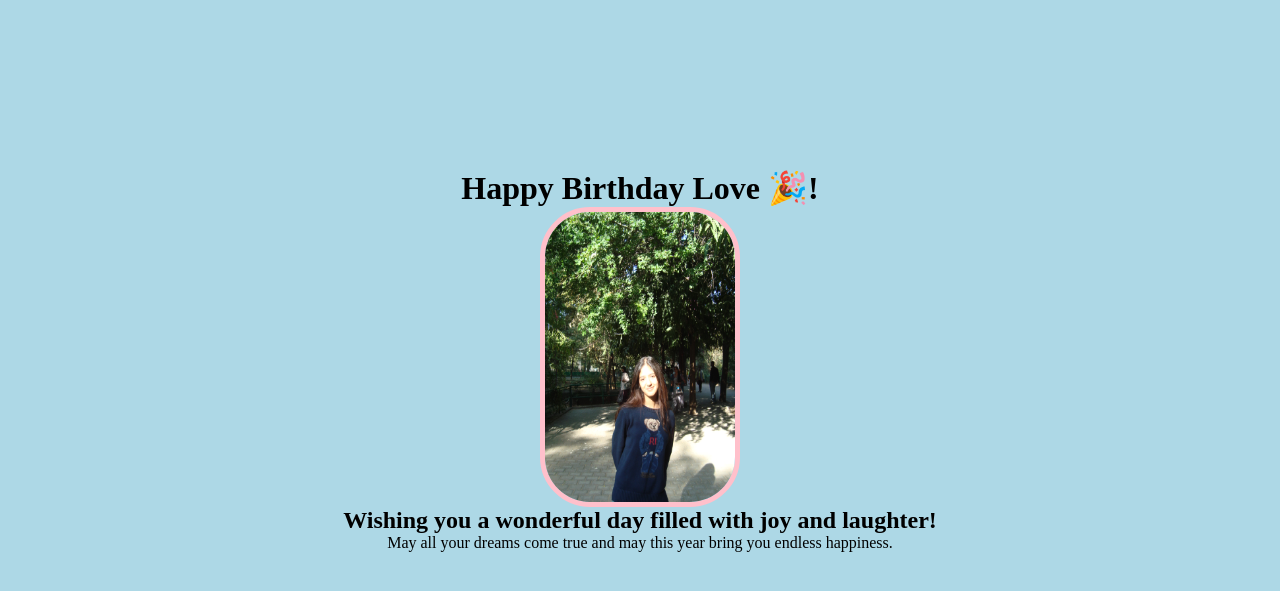
Repository: raghhavv03/html-css-practice
Page: css-task-5/index.html
The author's editor kept a copy of each file at every save. The page is drawn from the files as they stood at one save, then again after the next save.
The browser window is 1280 px wide. The pictures show the whole page.
Some web fonts or font styles are not loaded; a fallback is used.

Above is the page before, as saved 2026-02-07 16:21:45.

After the next save:
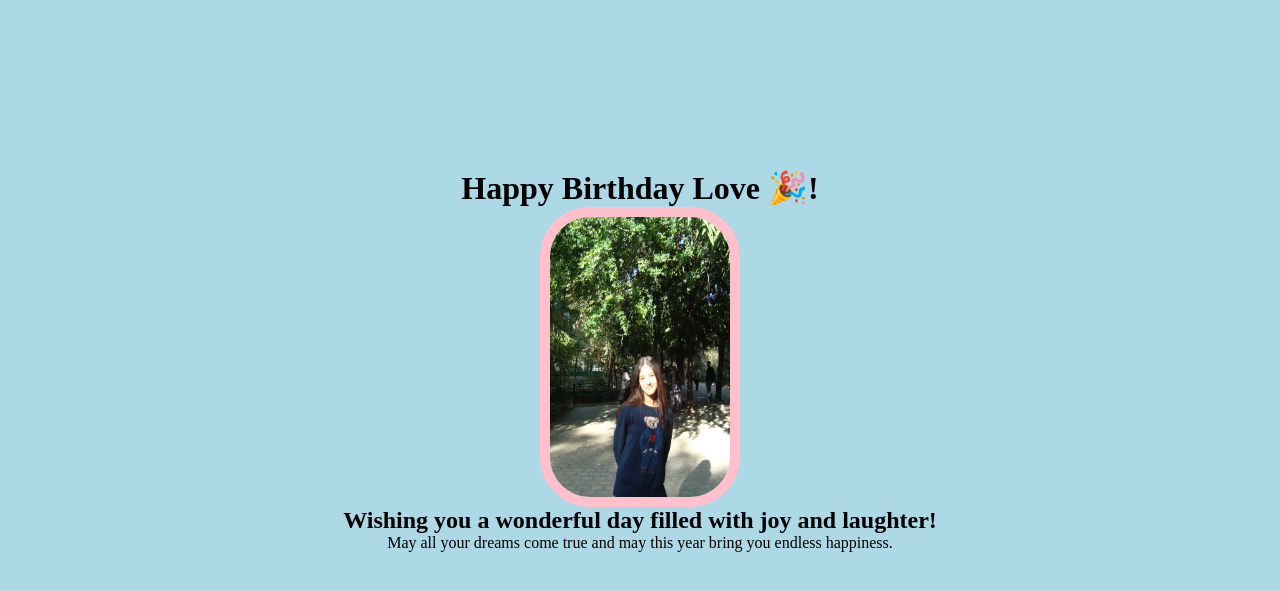
Saved 6 s later.
--- a/css-task-5/style.css
+++ b/css-task-5/style.css
@@ -20,5 +20,5 @@ body {
     width: 200px;
     height: 300px;
     border-radius: 50px;
-    border: solid 5px pink;
+    border: solid 10px pink;
 }
